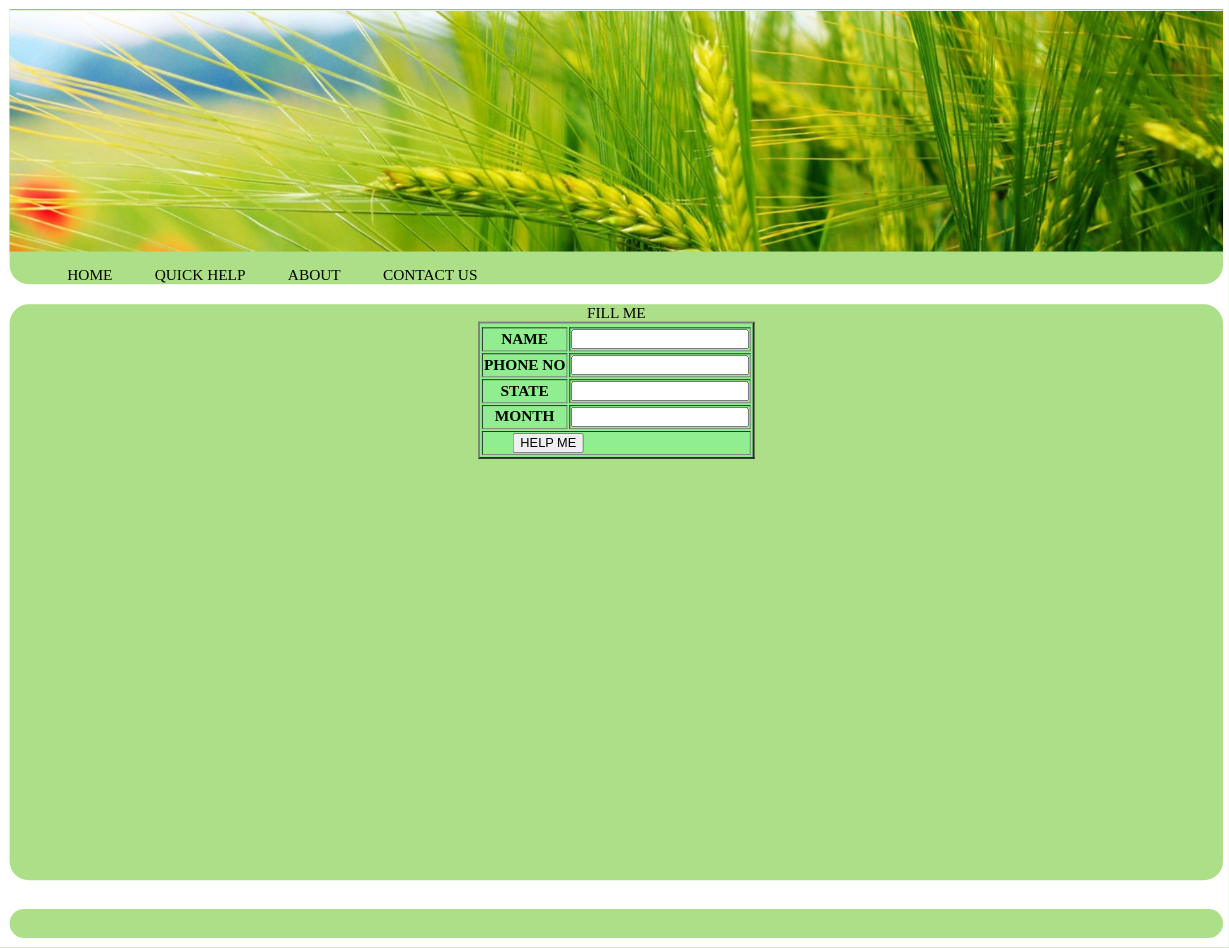
Repository: shivamtyagi1234/FarmoFriend
Page: http://localhost/FarmoFriend/QuickHelp.jsp
An editor plug-in stored every save of this project. The page is shown before and after the next save, followed by the edit.
The browser window is 1280 px wide. The pictures show the whole page, at 96% of full size.
The page is served by Tomcat 9. Other server files are loaded and not shown.

Above is the page before, as saved 2019-11-03 08:07:27.

### FarmoFriend/WebContent/QuickHelp.jsp
<%@ page language="java" contentType="text/html; charset=ISO-8859-1"
    pageEncoding="ISO-8859-1"%>
<!DOCTYPE html PUBLIC "-//W3C//DTD HTML 4.01 Transitional//EN" "http://www.w3.org/TR/html4/loose.dtd">
<html>
<head>
<meta http-equiv="Content-Type" content="text/html; charset=ISO-8859-1">
<title>home</title>

<style type="text/css">
#main
{
width: 100%;
height: 100%;
border: 2px solid white;
}
#homeHead
{
background-color: #ACDF87;
border-radius:0px 0px 20px 20px;
}
#blank1
{
width: 100%;
height: 5px;
}
#homeBody
{
background-color: #ACDF87;
border-top:2px solid;
width: 100%;
height: 600px;
border: 2px;
border-color:limegreen;
border-radius:20px 20px 20px 20px;
}
#homeImage
{
height: 100%;
width: 50%;
}
#homeContent
{
height: 100%;
width: 50%;
}
#homeBody img
{
height:450px;
width:300px;
padding-left: 38%;
padding-top: 3%;
}
#QuickHelp
{
border:2px;
border-color: #ACDF87;
padding-top:1%;
padding-left: 45%;
padding-bottom:1%;
background-color: #ACDF87;
border-radius:0px 0px 20px 20px;
}
#blank2
{
width: 100%;
height:30px;
}
</style>
</head>
<body >
<div id="main">
<div id="homeHead">
<jsp:include page="header.jsp"></jsp:include>
</div>
<div id="blank1"></div>

<div id="homeBody">


<form action="QuickHelpProcess.jsp">

<table align="center" border="2" bgcolor="lightgreen">
<tr><caption>FILL ME</caption></tr>
<tr><th>NAME</th><td><input type="text" name="voterName" required></td></tr>
<tr><th>PHONE NO</th><td><input type="phone" name="phone" maxlength="10" required></td></tr>
<tr><th>STATE</th><td><input type="text" name="state" required></td></tr>
<tr><th>MONTH</th><td><input type="text" name="month" required></td></tr>
<tr><td colspan="2"><input type="submit" value="HELP ME" align="center" style="margin-left: 30px;"></td></tr>
</table>



</form>


</div>
<div id="blank2"></div>
<div id="homeFoot">
<jsp:include page="footer.jsp"></jsp:include>
</div>
</div>
</body>
</html>

### FarmoFriend/WebContent/header.jsp
<%@ page language="java" contentType="text/html; charset=ISO-8859-1"
    pageEncoding="ISO-8859-1"%>
<!DOCTYPE html PUBLIC "-//W3C//DTD HTML 4.01 Transitional//EN" "http://www.w3.org/TR/html4/loose.dtd">
<head>
<meta http-equiv="Content-Type" content="text/html; charset=ISO-8859-1">
<title>result</title>
<style>
#header
{
height: 25%;
width: 100%;
}
#header ul
{
list-style-type: none;
}
#header ul li
{
display: inline;
margin-bottom: 10px;
padding: 20px;
}
#header ul li a
{
text-decoration: none;
color: black;
}
</style>
</head>
<body>
<div id="header">
	<img src="images\head.png" width="100%">
	<ul>
	<li><a href="home.jsp">HOME</a></li>
	<li><a href="QuickHelp.jsp">QUICK HELP</a></li>
	<li><a href="About.jsp">ABOUT</a></li>
	<li><a href="Contact.jsp">CONTACT US</a></li>
</ul>
</div>
</body>
</html>

### FarmoFriend/WebContent/footer.jsp
<%@ page language="java" contentType="text/html; charset=ISO-8859-1"
    pageEncoding="ISO-8859-1"%>
<!DOCTYPE html PUBLIC "-//W3C//DTD HTML 4.01 Transitional//EN" "http://www.w3.org/TR/html4/loose.dtd">
<html>
<head>
<meta http-equiv="Content-Type" content="text/html; charset=ISO-8859-1">

<title>FOOTER</title>
<style type="text/css">
#footer
{
width: 100%;
height: 30px;
background-color: #ACDF87;
border-radius:20px 20px 20px 20px;
}
</style>
</head>
<body>
<div id="footer">

</div>
</body>
</html>

After the next save:
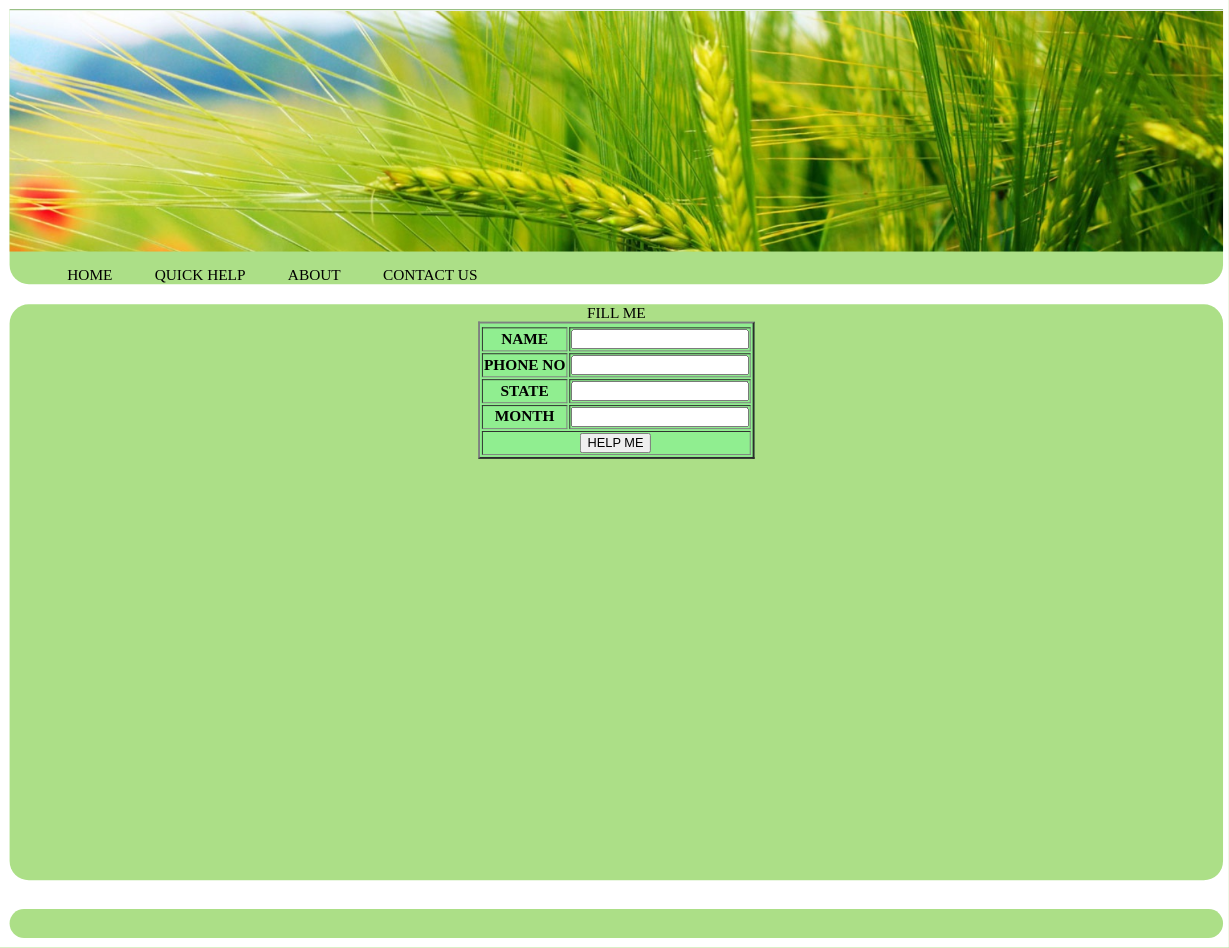
Saved 15 s later.
--- a/FarmoFriend/WebContent/QuickHelp.jsp
+++ b/FarmoFriend/WebContent/QuickHelp.jsp
@@ -85,7 +85,7 @@ height:30px;
 <tr><th>PHONE NO</th><td><input type="phone" name="phone" maxlength="10" required></td></tr>
 <tr><th>STATE</th><td><input type="text" name="state" required></td></tr>
 <tr><th>MONTH</th><td><input type="text" name="month" required></td></tr>
-<tr><td colspan="2"><input type="submit" value="HELP ME" align="center" style="margin-left: 30px;"></td></tr>
+<tr><td colspan="2"><input type="submit" value="HELP ME" align="center" style="margin-left: 100px;"></td></tr>
 </table>
 
 
